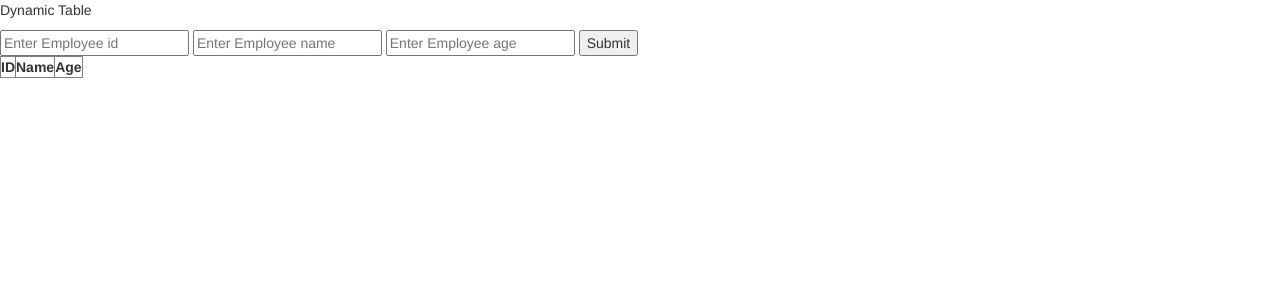
Repository: NathanDPoole/Personal
Page: Training/JavaScriptEx/src/main/webapp/html/dynamicTable.html
These files come from the project's save history. The page is drawn as it stood at one moment and after the next save; the edit follows.
The browser window is 1280 px wide. The pictures show the whole page.

Above is the page before, as saved 2017-12-29 16:20:38.
Console error: TypeError: Cannot read properties of null (reading 'appendChild')

### Training/JavaScriptEx/src/main/webapp/html/dynamicTable.html
<!DOCTYPE html>
<html>
<head>
<meta charset="ISO-8859-1">
<link rel="stylesheet"
        href="https://maxcdn.bootstrapcdn.com/bootstrap/3.3.7/css/bootstrap.min.css"
        integrity="sha384-BVYiiSIFeK1dGmJRAkycuHAHRg32OmUcww7on3RYdg4Va+PmSTsz/K68vbdEjh4u"
        crossorigin="anonymous">
<title>Dynamic Table</title>
</head>
<body>

	<header>
		<div>
			<p>Dynamic Table</p>
			<div id="formDiv">
				<form>
					<input id="eid" type="text" placeholder="Enter Employee id" />
					<input id="name" type="text" placeholder="Enter Employee name" />
					<input id="age" type="text" placeholder="Enter Employee age" />
					<input id="submitBtn" type="button" value="Submit" />
				</form>
			</div>
		</div>
	</header>

	<section>
		<div>
			<table border="">
				<tbody>
					<th>ID</th>
					<th>Name</th>
					<th>Age</th>
				</tbody>
			</table>
		</div>
	</section>

	<script type="text/javascript" src="../js/dynamicTable.js"></script>
</body>
</html>

### Training/JavaScriptEx/src/main/webapp/js/dynamicTable.js
/**
 *
 */

//print all properties and methods of an object
/*
window.onload = function (){
	var ele = document.getElementById("formDiv");
	for (e in ele){
		console.log(e);
	}

}
*/

window.onload = function () {
	document.getElementById("submitBtn").addEventListener("click", addRows());
	document.getElementById("submitBtn").addEventListener("click", clearValues());
}

function addRows(){
	var id = document.getElementById("eid").value;
	var name = document.getElementById("name");
	var age = document.getElementById("age");



	var row = document.createElement("tr");
	var idcol = document.createElement("td");
	var namecol = document.createElement("td");
	var agecol = document.createElement("td");

	idcol.textContent = id;
	namecol.textContent = name;
	agecol.textContent = age;

	row.appendChild(idcol);
	row.appendChild(namecol);
	row.appendChild(agecol);

	document.getElementById("mytable").appendChild(row);
}

function clearValues(){
	document.getElementById("eid").value = "";
	document.getElementById("name").value = "";
	document.getElementById("age").value = "";


}

After the next save:
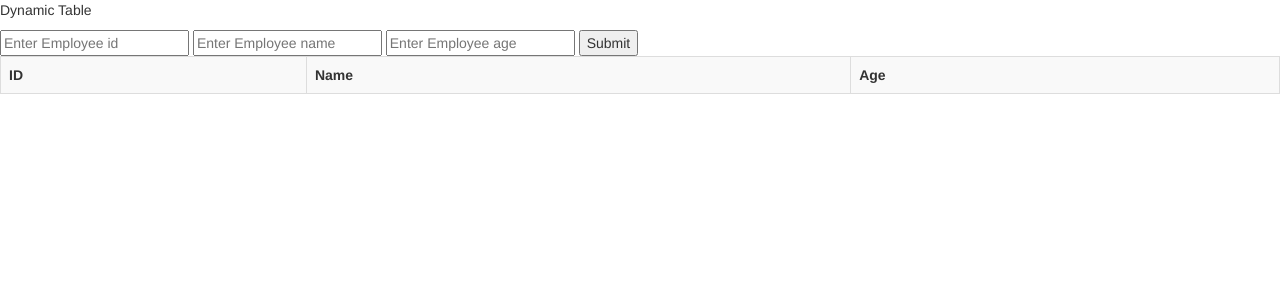
Saved 55 s later.
--- a/Training/JavaScriptEx/src/main/webapp/html/dynamicTable.html
+++ b/Training/JavaScriptEx/src/main/webapp/html/dynamicTable.html
@@ -26,7 +26,7 @@
 
 	<section>
 		<div>
-			<table border="">
+			<table class="table table-bordered table-hover table-striped">
 				<tbody>
 					<th>ID</th>
 					<th>Name</th>
